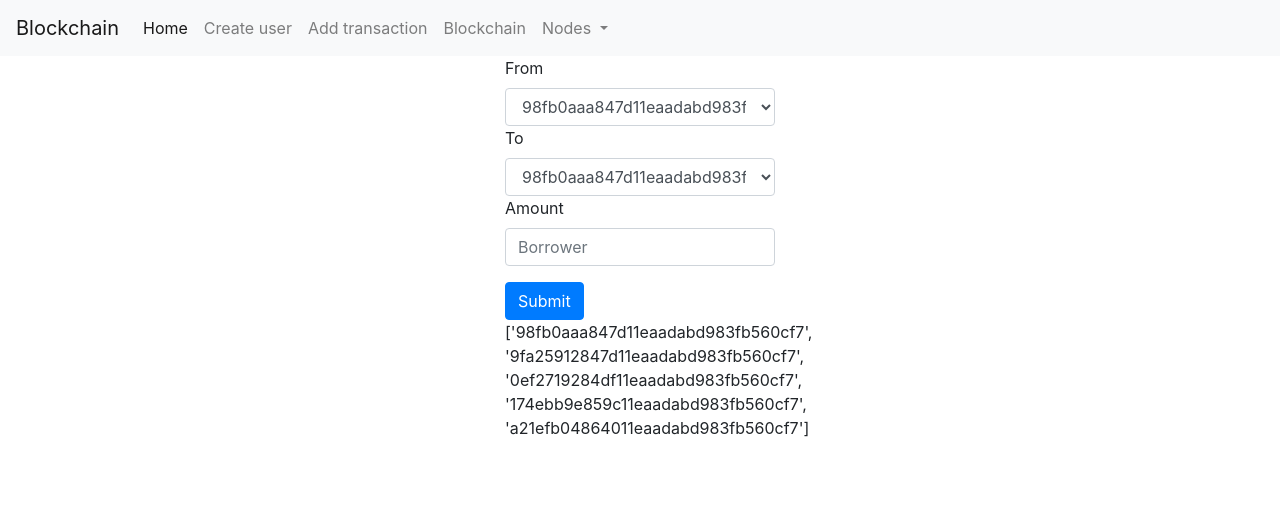
Repository: ivan151/blockchain
Page: http://localhost/transaction/
The author's editor kept a copy of each file at every save. The page is drawn from the files as they stood at one save, then again after the next save.
The browser window is 1280 px wide. The pictures show the whole page.
The page is served by the project's application, run on Flask 3 (main.py). Other server files are loaded and not shown. The page reads the database file committed with the project.

Above is the page before, as saved 2020-04-24 12:35:12.

### templates/transactions.html
{% extends 'base.html' %}

{% block transacton %}
<div class="form-box">
    <form action-'/transaction' method="POST">
        <label for="exampleInputPassword1">From</label>
        <select class="form-control" id="exampleFormControlSelect1">


                {% for key in keys %}
                <option>{{key}}</option>
                {% endfor %}
        </select>
        <label for="exampleInputPassword1">To</label>
        <select class="form-control" id="exampleFormControlSelect1">


                {% for key in keys %}
                <option>{{key}}</option>
                {% endfor %}
        </select>
        <div class="form-group">
            <label for="exampleInputPassword1">Amount</label>
            <input type="text" class="form-control" id="amount" placeholder="Borrower" name="amount">
        </div>
        <button type="submit" class="btn btn-primary">Submit</button>

    </form>
</div>
{{confirm}}
{{keys}}
{% endblock %}

### templates/base.html
<!DOCTYPE html>
<html lang="en">
<head>
    <meta charset="UTF-8">
    <meta name="viewport" content="width=device-width, initial-scale=1.0">
    <link rel="stylesheet" href="{{ url_for('static', filename='css/bootstrap.min.css') }}">
    <link rel="stylesheet" href="{{ url_for('static', filename='css/style.css') }}">


    <title>Document</title>
</head>
<body>
    <nav class="navbar navbar-expand-lg navbar-light bg-light">
        <a class="navbar-brand" href="#">Blockchain</a>
        <button class="navbar-toggler" type="button" data-toggle="collapse" data-target="#navbarNav" aria-controls="navbarNav" aria-expanded="false" aria-label="Toggle navigation">
          <span class="navbar-toggler-icon"></span>
        </button>
        <div class="collapse navbar-collapse" id="navbarNav">
          <ul class="navbar-nav">
            <li class="nav-item active">
              <a class="nav-link" href="{{url_for('index')}}">Home <span class="sr-only">(current)</span></a>
            </li>
            <li class="nav-item">
              <a class="nav-link" href="{{url_for('create_user')}}">Create user</a>
            </li>
            <li class="nav-item">
              <a class="nav-link" href="{{url_for('transaction')}}">Add transaction</a>
            </li>

              <li class="nav-item">
                <a class="nav-link" href="{{url_for('blockchain')}}">Blockchain</a>
              </li>
              <li class="nav-item dropdown">
                <a class="nav-link dropdown-toggle" href="#" id="navbarDropdown" role="button" data-toggle="dropdown" aria-haspopup="true" aria-expanded="false">
                  Nodes
                </a>
                <div class="dropdown-menu" aria-labelledby="navbarDropdown">
                  <a class="dropdown-item" href="/nodes/1/">Node1</a>
                  <a class="dropdown-item" href="/nodes/2/">Node2</a>
                  <a class="dropdown-item" href="/nodes/3/">Node3</a>
                  <a class="dropdown-item" href="/nodes/4/">Node4</a>
                  <a class="dropdown-item" href="/nodes/5/">Node5</a>
                  <a class="dropdown-item" href="/nodes/6/">Node6</a>
                </div>
              </li>
          </ul>
        </div>
      </nav>
    <div class="container my-container">
    {% block content %}{% endblock %}
    {% block transacton %} {% endblock %}
    {% block private %} {% endblock %}
    {% block create %} {% endblock %}
    {% block blockchain %}{% endblock %}
    {% block integrity %}{% endblock %}
    {% block node %}{% endblock %}
    {% block edit %}{% endblock %}
    </div>

    <script src="https://code.jquery.com/jquery-3.3.1.slim.min.js" integrity="sha384-q8i/X+965DzO0rT7abK41JStQIAqVgRVzpbzo5smXKp4YfRvH+8abtTE1Pi6jizo" crossorigin="anonymous"></script>
    <script src="https://cdnjs.cloudflare.com/ajax/libs/popper.js/1.14.7/umd/popper.min.js" integrity="sha384-UO2eT0CpHqdSJQ6hJty5KVphtPhzWj9WO1clHTMGa3JDZwrnQq4sF86dIHNDz0W1" crossorigin="anonymous"></script>
    <script src="https://stackpath.bootstrapcdn.com/bootstrap/4.3.1/js/bootstrap.min.js" integrity="sha384-JjSmVgyd0p3pXB1rRibZUAYoIIy6OrQ6VrjIEaFf/nJGzIxFDsf4x0xIM+B07jRM" crossorigin="anonymous"></script>
</body>
</html>

### main.py
from flask import Flask
from flask import render_template, redirect, request, url_for, session
from flask_sqlalchemy import SQLAlchemy
from functions import node_dirs, write_block, write_block_to_nodes, change_block, get_hash, int_and_sort, create_key
from functions import blockchain_dir, nodes_route
import random
import uuid
import json
import os
import hashlib

app = Flask(__name__)
app.config['SQLALCHEMY_DATABASE_URI'] = 'sqlite:///mydb.db'
app.config['SECRET_KEY'] = '3d6f45a5fc12445dbac2f59c3b6c7cb1'
db = SQLAlchemy(app)

SQLALCHEMY_TRACK_MODIFICATIONS = False


class User(db.Model):
    id = db.Column(db.Integer, primary_key=True)
    name = db.Column(db.String(100), nullable=False)
    public_key = db.Column(db.String(100), nullable=False)
    private_key = db.Column(db.String(100), nullable=False)
    balance = db.Column(db.Integer)

    def __repr__(self):
        return 'User' + str(self.id)


@app.route('/', methods=['GET', 'POST'])
def index():
    if request.method == 'POST':
        name = request.form['name']
        new_user = User(name=name, public_key=create_key(),
                        private_key=create_key(), balance=100)
        db.session.add(new_user)
        db.session.commit()
        return redirect('/')
    else:
        all_users = User.query.order_by(User.id).all()
        return render_template('index.html', users=all_users)


@app.route('/create/')
def create_user():
    if request.method == 'POST':
        name = request.form['name']
        new_user = User(name=name, public_key=create_key(),
                        private_key=create_key(), balance=100)
        db.session.add(new_user)
        db.session.commit()
        return redirect('/create/')
    else:
        all_users = User.query.order_by(User.id).all()
        return render_template('create.html', users=all_users)


@app.route('/transaction/', methods=['GET', 'POST'])
def transaction():
    public_keys = [user.public_key for user in User.query.all()]
    if request.method == 'POST':
        session['sender_public_key'] = request.form['from']
        session['receiver_public_key'] = request.form['to']
        session['amount'] = request.form['amount']
        return redirect(url_for('.private'))
    elif request.method == 'GET':
        return render_template('transactions.html', keys = public_keys)


@app.route('/transaction/private/', methods=['GET', 'POST'])
def private():
    amount = session.get('amount')
    sender_public_key = session.get('sender_public_key')
    receiver_public_key = session.get('receiver_public_key')
    sender = User.query.filter_by(public_key=sender_public_key).first()
    #receiver = User.query.filter_by(public_key=receiver_public_key).first()
    if request.method == 'GET':
        return render_template('private.html', amount=amount,
        from_whom=sender_public_key, to_whom=receiver_public_key,
        sender_private_key=sender.private_key)
    elif request.method == 'POST':
        input_private_key = request.form['private']
        nodes_numbers = []
        for i in range(1, 7):
            nodes_numbers.append(request.form.get(f'node{i}'))
        if input_private_key == sender.private_key:
            if nodes_numbers.count(None) < 3:
                block_data = write_block(from_who=sender_public_key,
                            to_whom=receiver_public_key, amount=amount)
                write_block_to_nodes(from_who=sender_public_key,
                            to_whom=receiver_public_key, amount=amount)
                return render_template('private.html', block = block_data, confirmation='Transaction added to the blockchain!')
            else:
                return render_template('private.html', deny = "Not enough nodes to change the blockchain!")
        else:
            wrong = 'The Private Key is incorrect'
            return render_template('private.html', wrong=wrong)


@app.route('/blockchain/', methods=['GET'])
def blockchain():
    blocks_dict = {}
    files = int_and_sort(os.listdir(blockchain_dir))
    for filename in reversed(files[1:]):
        block = json.load(open(blockchain_dir + str(filename), 'rb'))
        blocks_dict[filename] = block
    return render_template('blockchain.html', blocks=blocks_dict)


@app.route('/integrity/', methods=['GET'])
def check_integrity():
    # get hash of the previous block
    # again count its hash
    # compare results
    blocks_dict = {}
    results = []
    files = int_and_sort(os.listdir(blockchain_dir))
    for filename in reversed(files[1:]):
        block = json.load(open(blockchain_dir + str(filename), 'rb'))
        blocks_dict[filename] = block
        file_hash = block['hash']
        prev_file = str(filename - 1)
        actual_hash = get_hash(prev_file)
        if file_hash == actual_hash:
            result = 'ok'
        else:
            result = 'corrupted'
        results.append({prev_file: result})
    return render_template('integrity.html', results=results)


@app.route('/blockchain/edit/<int:num>', methods=['GET', 'POST'])
def edit(num):
    block_number = num
    files = int_and_sort(os.listdir(blockchain_dir))
    last_file = files[-1]
    blockchain_filename = blockchain_dir + str(num)
    block = json.load(open( blockchain_filename, 'rb'))
    if request.method == 'GET':
        return render_template('edit.html', block=block, number=num, last_file=last_file)
    else:
        nodes_numbers = []
        for i in range(1, 7):
            nodes_numbers.append(request.form.get(f'node{i}'))
        if nodes_numbers.count(None) < 3:
            from_who = request.form['from']
            to_whom = request.form['to']
            amount = request.form['amount']
            new_hash = request.form['hash']
            change_block(block_number, from_who,  to_whom, amount, new_hash)
            return render_template('edit.html', edited='BLOCK IS CHANGED!', number=num, block=block,last_file = last_file)
        else:
            return render_template('edit.html', deny='YOU CANT CHANGE THIS BLOG WITHOUT ACCESS TO ENOUGH NUMBER OF NODES!', number=num, block=block,last_file = last_file)


@app.route('/nodes/<int:i>/')
def node(i):
    n = i
    if n in range(1, len(node_dirs())+1):
        node = nodes_route + str(n) + '/'
        files = int_and_sort(os.listdir(node))
        blocks_dict = {}
        for filename in reversed(files[1:]):
            block = json.load(open(node + str(filename), 'rb'))
            blocks_dict[filename] = block
        return render_template('node.html', blocks=blocks_dict, number=n)





if __name__ == "__main__":
    app.run(debug=True)

### static/css/style.css
.my-container {
  width: 300px;
}

### mydb.db (the tables this page reads, as SQL)
CREATE TABLE user (
	id INTEGER NOT NULL, 
	name VARCHAR(100) NOT NULL, 
	public_key VARCHAR(100) NOT NULL, 
	private_key VARCHAR(100) NOT NULL, 
	balance INTEGER, 
	PRIMARY KEY (id)
);
INSERT INTO "user" VALUES
(1, 'Orange', '98fb0aaa847d11eaadabd983fb560cf7', '98fb0aab847d11eaadabd983fb560cf7', -7190001206),
(2, 'Иван', '9fa25912847d11eaadabd983fb560cf7', '9fa25913847d11eaadabd983fb560cf7', 523334422),
(3, 'Иван', '0ef2719284df11eaadabd983fb560cf7', '0ef2719384df11eaadabd983fb560cf7', 26),
(4, 'Evgeny', '174ebb9e859c11eaadabd983fb560cf7', '174ebb9f859c11eaadabd983fb560cf7', 6666667158),
(5, 'Petr', 'a21efb04864011eaadabd983fb560cf7', 'a21efb05864011eaadabd983fb560cf7', 100);

Loaded but not shown: static/css/bootstrap.min.css (library)

After the next save:
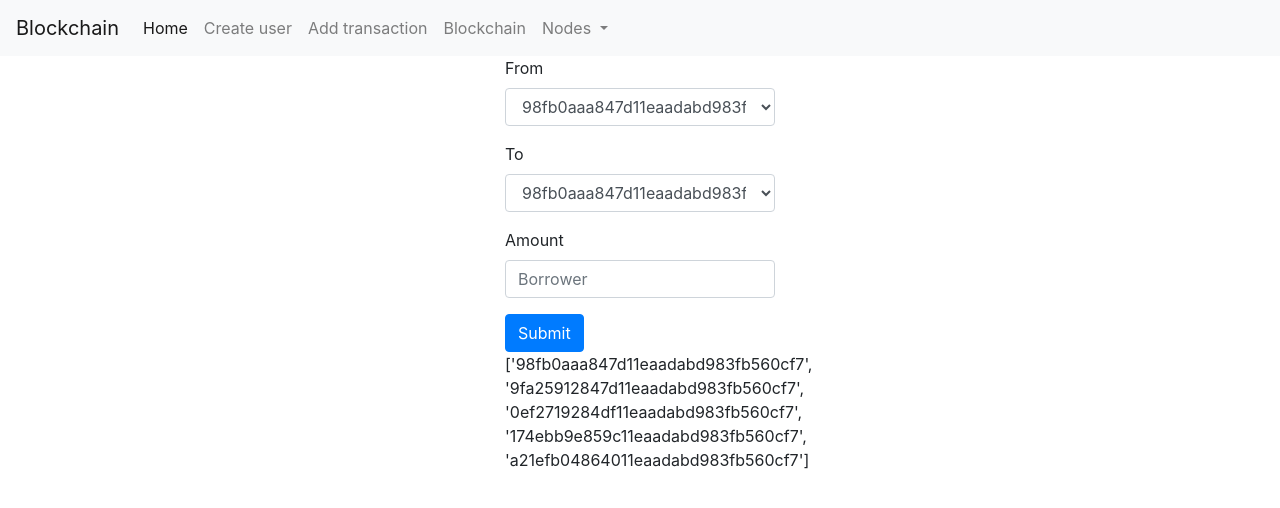
Saved 71 s later.
--- a/templates/transactions.html
+++ b/templates/transactions.html
@@ -3,6 +3,7 @@
 {% block transacton %}
 <div class="form-box">
     <form action-'/transaction' method="POST">
+        <div class="form-group">
         <label for="exampleInputPassword1">From</label>
         <select class="form-control" id="exampleFormControlSelect1">
 
@@ -11,14 +12,17 @@
                 <option>{{key}}</option>
                 {% endfor %}
         </select>
-        <label for="exampleInputPassword1">To</label>
-        <select class="form-control" id="exampleFormControlSelect1">
+        </div>
+        <div class="form-group">
+            <label for="exampleInputPassword1">To</label>
+            <select class="form-control" id="exampleFormControlSelect1">
 
 
-                {% for key in keys %}
-                <option>{{key}}</option>
-                {% endfor %}
-        </select>
+                    {% for key in keys %}
+                    <option>{{key}}</option>
+                    {% endfor %}
+            </select>
+            </div>
         <div class="form-group">
             <label for="exampleInputPassword1">Amount</label>
             <input type="text" class="form-control" id="amount" placeholder="Borrower" name="amount">
